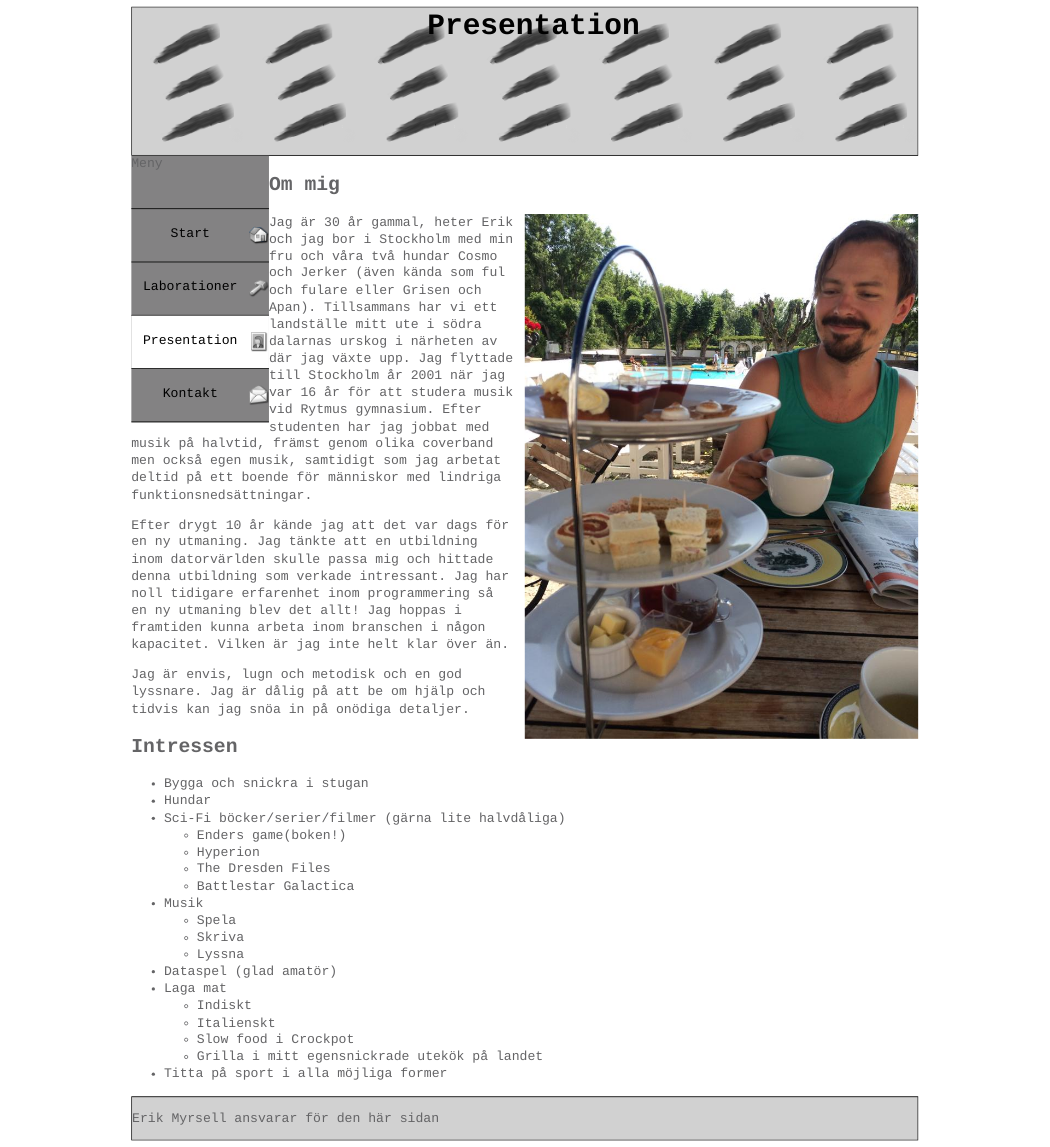
Repository: em222mt/1IK415_em222mt
Page: pages/presentation.html
The author's editor kept a record of every edit. The page is drawn from the files as they stood at one moment, then again after the next edit.
The browser window is 1280 px wide. The pictures show the whole page, at 82% of full size.

Above is the page before.

### pages/presentation.html
<!doctype html>
<html lang="sv">

<head>
    <meta charset="utf-8">
    <meta name="viewport" content="width=device-width, initial scale=1.0">

    <title>Presentation</title>

    <link rel="stylesheet" media="only screen and (min-width: 482px)" href="../css/basic.css">
    <link rel="stylesheet" media="print" href="../css/print.css">
    <link rel="stylesheet" media="only screen and (max-width: 481px)" href="../css/sscreen.css">

    <link rel="shortcut icon" href="../pics/favicon.png" type="png">
    <link rel="apple-touch-icon" href="../pics/apple-touch-icon-small.png">
    <link rel="apple-touch-icon" sizes="114x114" href="../pics/apple-touch-icon-big.png">

    <script>
        document.createElement("header");
        document.createElement("hgroup");
        document.createElement("footer");
        document.createElement("article");
        document.createElement("main");
        document.createElement("section");
        document.createElement("nav");
        document.createElement("aside");
        document.createElement("address");
    </script>
</head>

    <!-- Startpunkt -->

    <body>
        <div id="container">

            <header>
                <h1 class="headertitle">Presentation</h1>
            </header>

            <nav>

                <ul>
                    <li>Meny</li>
                    <li><a href="../index.html">Start</a><a id="home-icon" href="../index.html"></a></li>
                    <li><a href="laborationer.html">Laborationer</a><a id="work-icon" href="laborationer.html"></a></li>
                    <li class="active"><a href="presentation.html">Presentation</a><a id="bio-icon" href="presentation.html"></a></li>
                    <li><a href="kontakt.html">Kontakt</a><a id="contact-icon" href="kontakt.html"></a></li>
                </ul>

            </nav>

            <div id="content">



            <h2>Om mig</h2>

            <img id="biopic" src="../pics/tea.jpg" alt="Sommar med Afternoon tea på Häringe slott" width="360" height="480">

                <p>Jag är 30 år gammal, heter Erik och jag bor i Stockholm med min fru och våra två hundar Cosmo och Jerker (även kända som ful och fulare eller Grisen och Apan).
                   Tillsammans har vi ett landställe mitt ute i södra dalarnas urskog i närheten av där jag växte upp. Jag flyttade till Stockholm år 2001 när jag var 16 år för att studera musik vid
                   Rytmus gymnasium. Efter studenten har jag jobbat med musik på halvtid, främst genom olika coverband men också egen musik, samtidigt som jag arbetat deltid på ett boende för människor med
                   lindriga funktionsnedsättningar.
                </p>
                <p>Efter drygt 10 år kände jag att det var dags för en ny utmaning. Jag tänkte att en utbildning inom datorvärlden skulle passa mig och hittade denna utbildning som verkade intressant.
                   Jag har noll tidigare erfarenhet inom programmering så en ny utmaning blev det allt! Jag hoppas i framtiden kunna arbeta inom branschen i någon kapacitet. Vilken är jag inte helt klar över än.
                </p>
                <p>Jag är envis, lugn och metodisk och en god lyssnare. Jag är dålig på att be om hjälp och tidvis kan jag snöa in på onödiga detaljer.
                </p>

            <h2>Intressen</h2>

                <ul>
                    <li>Bygga och snickra i stugan</li>
                    <li>Hundar</li>
                    <li>Sci-Fi böcker/serier/filmer (gärna lite halvdåliga)
                        <ul>
                            <li>Enders game(boken!)</li>
                            <li>Hyperion</li>
                            <li>The Dresden Files</li>
                            <li>Battlestar Galactica</li>
                        </ul>
                    </li>
                    <li>Musik
                        <ul>
                            <li>Spela</li>
                            <li>Skriva</li>
                            <li>Lyssna</li>
                        </ul>
                    </li>
                    <li>Dataspel (glad amatör)</li>
                    <li>Laga mat
                        <ul>
                            <li>Indiskt</li>
                            <li>Italienskt</li>
                            <li>Slow food i Crockpot</li>
                            <li>Grilla i mitt egensnickrade utekök på landet</li>
                        </ul>
                    </li>
                    <li>Titta på sport i alla möjliga former</li>
                </ul>

            </div>

            <div id="footer">

                <p>Erik Myrsell ansvarar för den här sidan</p>

            </div>
        </div>
    </body>
</html>

### css/basic.css
/*
Background main: #FFFFFF
Background aside: #838283
Background header/footer: #D1D1D1
text-color: #646466
*/

/*Layout*/

article, aside, details, figcaption, figure,
footer, header, hgroup, main, menu, nav,
section{
    display: block;
}

a:link 	    { color: black; }
a:visited 	{ color: gray; }
a:focus 	{ color: #838283; }
a:hover	    { color: #6495ED; background-color: white;}
a:active 	{ color: #FFFFFF; }

/*Container*/

#container {
    max-width: 960px;
    overflow: auto;
    margin: 0 auto;
}

/*----------------------------------------*/

/*Header*/

header h1 {
    border-style: solid;
    border-width: 1px;
    width: 958px;
    background-color: #D1D1D1;
    background-image: url(../pics/Logo5.png);
    background-repeat: round;
    background-position: left;
    text-indent: 300px;
    height: 180px;
}

header h2 {
    margin: 0 auto;
    border: 3px solid #838283;
    border-top-right-radius: 30px;
    border-top-left-radius: 30px;
    border-bottom-right-radius: 30px;
    border-bottom-left-radius: 30px;
}

.pageheader {
    margin: 10px 10px 10px 10px;
    text-align: center;
}

/*----------------------------------------*/

/*Navigation*/

nav {
    float: left;
    color: #646466;
    background-color: #838283;
    width: 168px;
}

nav li{
    border-bottom: 1px solid black;
    height: 64px;
}

nav a{
    float: left;
}

nav ul {
    list-style-type: none;
    margin: 0;
    padding: 0;
}

#container > nav > ul > li:nth-child(1) > h3{
    color: black;
    font-weight: bold;
    font-size: 1.2em;
    text-align: center;
}

nav a:nth-child(2) {
    float: left;
    background-image: url(pics/sprite.png);
    display: block;
    width: 24px;
    height: 24px;
    position: relative;
    top: 20px;
}

#home-icon          { background-position: 0 -48px;}
#home-icon:hover    { background-position: 0 0;}

#work-icon          { background-position: 0 -144px; }
#work-icon:hover    { background-position: 0 -96px; }

#bio-icon           { background-position: 0 -240px;}
#bio-icon:hover     { background-position: 0 -192px;}

#contact-icon       { background-position: 0 -336px;}
#contact-icon:hover { background-position: 0 -288px;}


nav a:nth-child(1){
    display: block;
    width: 144px;
    height: 43px;
    padding-top: 20px;
    text-align: center;
    color: black;
    text-decoration: none;

}

nav li:hover:nth-child(n+2) { color: #6495ED; background-color: white;}

li.active {
    background-color: white;
}

/*----------------------------------------*/

/*Content*/

main {
    float: left;
    max-width: 788px;
    background-color: #FFFFFF;
    padding-right: 50px;
    padding-left: 50px;
}

main, p {
    color: #646466;
    font-family: courier , serif;
    line-height: 130%;
    width: 640px;
}

.entry a {
    text-decoration: none;
    color: #838283;
    margin-left: 30px;
    border: 1px solid #838283;
    border-top-right-radius: 10px;
    border-top-left-radius: 10px;
    border-bottom-right-radius: 10px;
    border-bottom-left-radius: 10px;
}

.entryfooter {
    font-style: italic;
    border: none;
    background-color: white;

}

.blog {
    border-bottom: 2px solid #838283;
}
.comments {
    background-color: #F9F7FF;

}

h4 {
    font-weight: bold;
}

.commentfooter {
    font-style: italic;
}

/*----------------------------------------*/

/*Footer*/

#footer {
    border-style: solid;
    border-width: 1px;
    clear: both;
    max-width: 958px;
    background-color: #D1D1D1;
}

/*----------------------------------------*/

/*Presentation*/

#biopic{
    float: right;
    width: 50%;
    height: 50%;
    margin-left: 10px;
    margin-bottom: 10px;
}

/*----------------------------------------*/

/*Storleksanpassat bild i inlägg 2*/
#gubbe {
    max-width: 450px;
}

/*fonts*/
h1, h2, h3, ul, ol, li, form, a {
    color: #646466;
    font-family: courier , serif;
    line-height: 130%;
}

/*----------------------------------------*/

/*Tabell på laboration.html*/

main table tr td {
    width: 40%;
    border: 2px solid #838283;
    text-align: center;
    border-top-right-radius: 5px;
    border-bottom-right-radius: 5px;

}

#table th {
    border: 2px solid #838283;
    font-size: 1.03em;
    border-top-right-radius: 5px;
    border-bottom-right-radius: 5px;
}

tfoot {
    font-size: 1.03em;
}

/*----------------------------------------*/

/*Anpassat headerns text*/

.headertitle {
    margin: 0 auto;
    text-indent: 360px;
    color: black;
    font-size: 2.25em;
}

/*----------------------------------------*/

/*Lagt till en bild vid blogginläggen*/

.entry {
    background-image: url(../pics/post.png);
    background-repeat: no-repeat;
    background-position: top left;
    text-indent: 35px;
}
.entrypic {
    float: right;
    width: 35%;
}

/*----------------------------------------*/

/*Formulär och hcard*/

#form fieldset {
    width: 350px;
    background-color: #D1D1D1;
}

.formframe {
    font-weight: bold;
}

.formunit {
    float: left;
    width: 100%;
}

#formtitle {
    display: none;
}

#formcontainer {
    margin-left: 20%;
}

.vcard {
    max-width: 80%;
    color: #838283;
    margin-left: 50px;
    margin-top: 30px;
    margin-bottom: 30px;
    border: 2px solid #838283;
    border-top-right-radius: 10px;
    border-top-left-radius: 10px;
    border-bottom-right-radius: 10px;
    border-bottom-left-radius: 10px;
    padding-left: 10px;
    padding-right: 10px;
    text-align: center;
    float: left;

}

#hcard-Erik-Hans-Gustav-Myrsell > img {

    max-width: 96%;
    margin: 10px 10px 10px 10px;
    padding-bottom: 10px;
    border-bottom: 2px solid #838283;
}

#hcard-Erik-Hans-Gustav-Myrsell > a.url.fn.n {

    border: 2px solid #838283;
    text-decoration: none;
    text-align: center;
}

#hcard-Erik-Hans-Gustav-Myrsell > p {
    text-align: left;
}
/*------------------------------------*/

### css/print.css
/*
Background main: #FFFFFF
Background aside: #838283
Background header/footer: #D1D1D1
text-color: #646466
*/

/*Layout*/

a:link 	    { color: black; }
a:visited 	{ color: gray; }
a:focus 	{ color: #838283; }
a:hover	    { color: #6495ED; }
a:active 	{ color: #FFFFFF; }

/*Tryck ihop text för utskrift och ändra färgr*/

@media print {
    a, h1, h2, h3, p, table {
        color: #000000;
        background-color: #ffffff;
        max-width: 500px;
    }
}

@media print {
    ul, ol, dl, li {
        color: #000000;
        background-color: #ffffff;
        max-width: 400px;
    }
}
/*--------------------------------------*/

/*Content*/
@media print {
    #content {
        color: #000000;
        background-color: #ffffff;
        /*display: none;*/
        border: none;
        max-width: 960px;
    }
}
/*--------------------------------------*/

/*Dölj bilder och annan media*/

@media print {
    #gubbe {
        display: none;
    }
}

@media print {
#blogg > div:nth-child(2) > img {
    display: none;
}
}

@media print {
.video {
    display: none;
}
}

@media print {
#bild {
    display: none;
}
}
/*--------------------------------------*/

@media print{
       a:after{content:" (" attr(href) ") ";

       }
}
/*Navigation*/

@media print {
#navigation {
    display: none;
    border: none;
    color: #ffffff;
    background-color: #ffffff;
    }
}
/*--------------------------------------*/

/*header*/

@media print {
    #header {
        color: #ffffff;
        background-color: #ffffff;
        display: none;
        border: none;
        border-style: none;
    }
}
/*--------------------------------------*/

/*header*/
@media print {
    #footer {
        color: #000000;
        background-color: #ffffff;
        display: none;
        border: none;
        border-style: none;
    }
}
/*--------------------------------------*/

### css/sscreen.css
/*Layout*/

article, aside, details, figcaption, figure,
footer, header, hgroup, main, menu, nav,
section{
    display: block;
}

a:link 	    { color: black; }
a:visited 	{ color: gray; }
a:focus 	{ color: #838283; }
a:hover	    { color: #6495ED; background-color: white;}
a:active 	{ color: #FFFFFF; }

/*----------------------------------------*/

/*Fonts*/
h1, ul, ol, form, a, p {
    color: #646466;
    font-family: courier , serif;
    line-height: 130%;
    font-size: 0.9em;
}

h2, h3, li {
    color: #646466;
    font-family: courier , serif;
    line-height: 130%;
}

h2 {
    text-align: center;
}


/*Container*/

#container {
    width: auto;
}

/*----------------------------------------*/

/*Header*/

header h1 {
    border-style: solid;
    border-width: 1px;
    max-width: 100%;
    background-color: #D1D1D1;
    background-image: url(../pics/Logo5.png);
    background-repeat: repeat;
    background-position: left;
    text-align: center;
}

header h2 {
    margin: 0 auto;
    border: 3px solid #838283;
    border-top-right-radius: 30px;
    border-top-left-radius: 30px;
    border-bottom-right-radius: 30px;
    border-bottom-left-radius: 30px;
}

#bloggheader {
    margin: 10px 10px 10px 10px;
    text-align: center;
}



/*Content*/

main {
        width: auto;
        float: none;
        text-align: left;
        padding: 0 0 0 0;
        margin: 0 0 0 0;
}

main > ol:nth-child(7) > li:nth-child(4) > ol > li{

    word-break: break-all;
}

.entry a {
    text-decoration: none;
    color: #838283;
    margin-left: 30px;
    border: 1px solid #838283;
    border-top-right-radius: 10px;
    border-top-left-radius: 10px;
    border-bottom-right-radius: 10px;
    border-bottom-left-radius: 10px;
}

.entryfooter {
    font-style: italic;
    border: none;
    background-color: white;

}

.blog {
    border-bottom: 2px solid #838283;
}

.comments {
    background-color: #F9F7FF;
}

h4 {
    font-weight: bold;
}

.commentfooter {
    font-style: italic;
}


/*----------------------------------------*/


/*Navigation*/

nav {
        width: auto;
}

nav{
    color: #646466;
    background-color: #838283;
    max-width: 100%;
}

nav li{
    border-bottom: 1px solid black;
    height: 64px;
    font-size: 1.1em;
}

nav a{
    float: left;
}

nav ul {
    list-style-type: none;
    margin: 0;
    padding: 0;
}

#container > nav > ul > li:nth-child(1) > h3{
    color: black;
    font-weight: bold;
    font-size: 1.2em;
    text-align: center;
}

nav a:nth-child(2) {
    float: left;
    background-image: url(pics/sprite.png);
    display: block;
    width: 24px;
    height: 24px;
    position: relative;
    top: 20px;
}

#home-icon          { background-position: 0 -48px;}
#home-icon:hover    { background-position: 0 0;}

#work-icon          { background-position: 0 -144px; }
#work-icon:hover    { background-position: 0 -96px; }

#bio-icon           { background-position: 0 -240px;}
#bio-icon:hover     { background-position: 0 -192px;}

#contact-icon       { background-position: 0 -336px;}
#contact-icon:hover { background-position: 0 -288px;}


nav a:nth-child(1){
    float: right;
    display: block;
    width: 270px;
    height: 43px;
    padding-top: 20px;
    text-indent: 10px;
    color: black;
    text-decoration: none;
}

nav li:hover:nth-child(n+2) { color: #6495ED; background-color: white;}



li.active {
    background-color: white;
}

/*----------------------------------------*/


/*Bilder*/

img {
    max-width: 100%;
}

/*----------------------------------------*/


.entry {
    background-image: url(../pics/post.png);
    background-repeat: no-repeat;
    background-position: top left;
    text-indent: 35px;
}

.headertitle {
    margin: 0 auto;
    color: black;
    font-size: 2.25em;
}

h3 {
    text-align: center;
}

/*----------------------------------------*/

/*Footer*/

#footer {
    border-style: solid;
    border-width: 1px;
    clear: both;
    background-color: #D1D1D1;

}
/*----------------------------------------*/

/*Formulär*/

#form fieldset {
    max-width: 100%;
    background-color: #D1D1D1;
}

.formframe {
    font-weight: bold;
}

.formunit {
    float: left;
    width: 100%;
}

#recepientemail
{
    width: 70%;
}

#recepienttwitter
{
    width: 60%;
}

#recepientfacebook
{
    width: 50%;
}

#formsubmit
{
    margin-top: 15px;
    margin-bottom: 15px;
    alignment-adjust: middle;
}

#form input {
    max-width: 95%;
}

#formtitle {
    display: none;
}
/*----------------------------------------*/

/*Tabell på laboration.html*/

main table tr td {
    width: 40%;
    border: 2px solid #838283;
    text-align: center;
    border-top-right-radius: 5px;
    border-bottom-right-radius: 5px;

}

#table th {
    border: 2px solid #838283;
    font-size: 1.03em;
    border-top-right-radius: 5px;
    border-bottom-right-radius: 5px;
}

tfoot {
    font-size: 1.03em;
}

After the next edit:
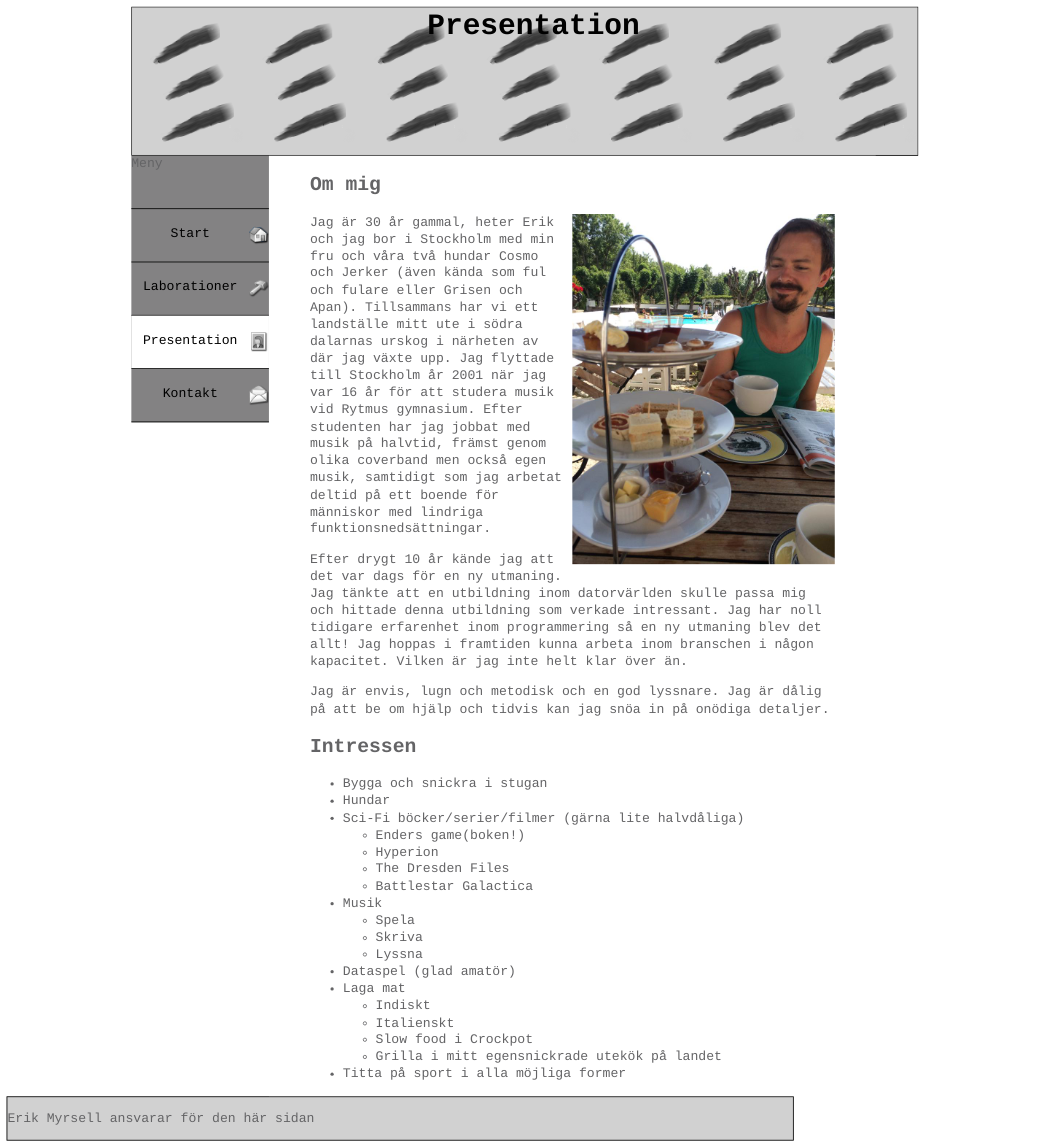
The edit:
--- a/pages/presentation.html
+++ b/pages/presentation.html
@@ -49,7 +49,7 @@
 
             </nav>
 
-            <div id="content">
+            <main>
 
 
 
